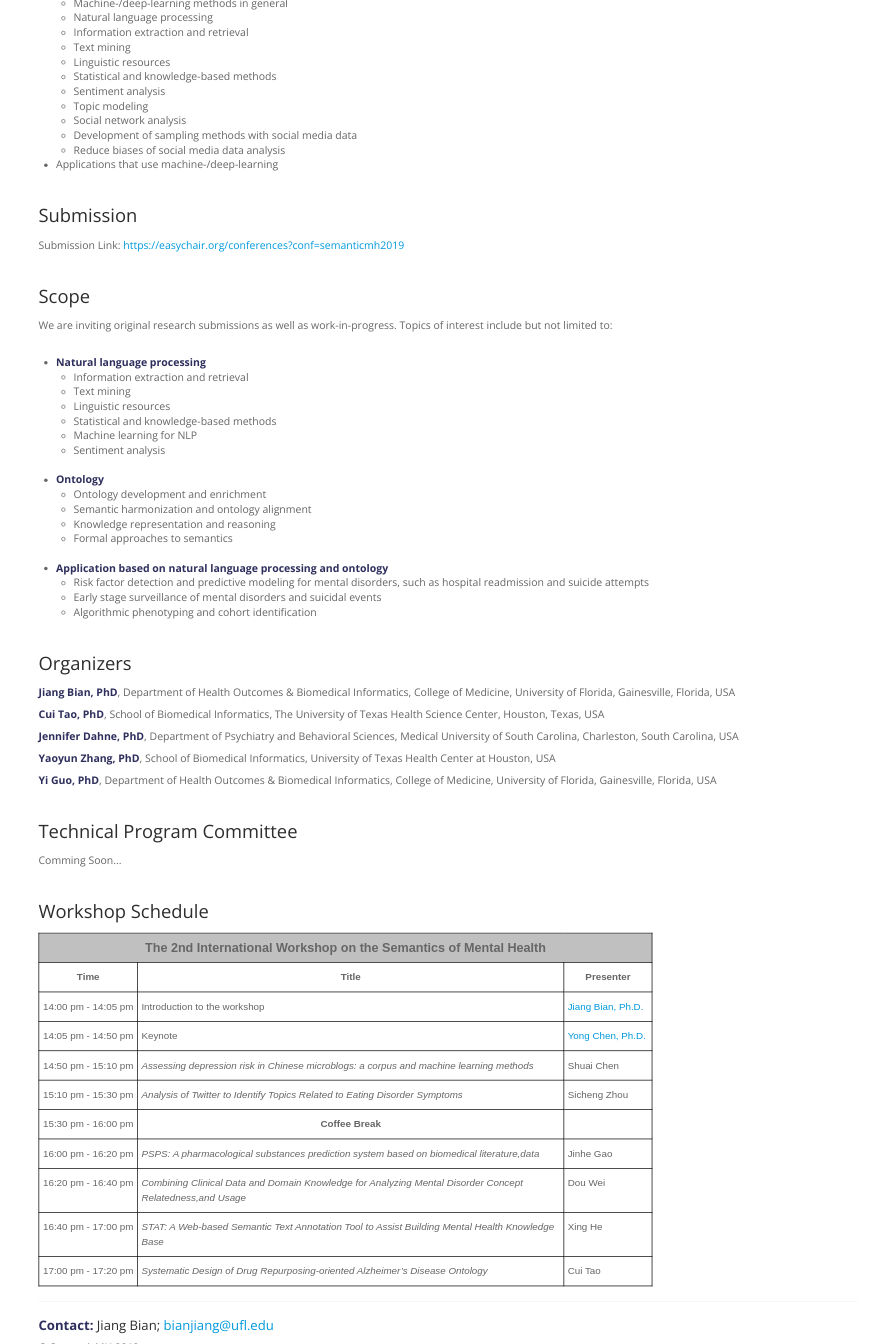
Repository: bianjiang/semantics-powered.org
Page: ISSWHR-2020/index.html
An editor plug-in stored every save of this project. The page is shown before and after the next save, followed by the edit.
The browser window is 1280 px wide. The pictures show the part of the page from y = 931 to 2851 px (the page is 2916 px tall before and 3042 px after), at 70% of full size.
Some web libraries are served in a nearby version.

Above is the page before, as saved 2019-10-26 16:59:17.
Console error (its wording comes from the project's code and is left out).

After the next save:
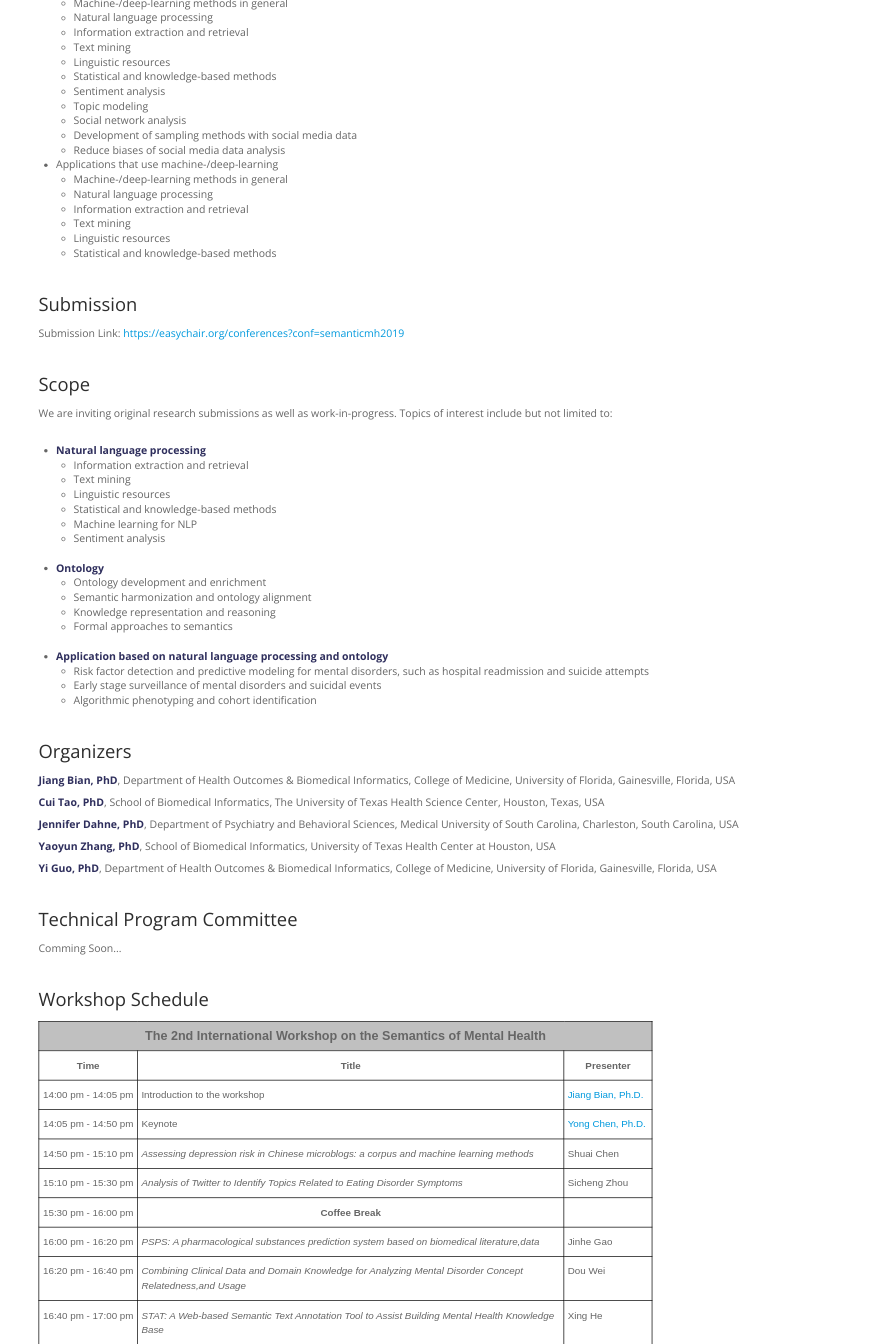
Saved 7 s later.
--- a/ISSWHR-2020/index.html
+++ b/ISSWHR-2020/index.html
@@ -163,7 +163,12 @@
             </li>
             <li>Applications that use machine-/deep-learning
               <ul>
-
+                <li>Machine-/deep-learning methods in general</li>
+                <li>Natural language processing</li>
+                <li>Information extraction and retrieval</li>
+                <li>Text mining</li>
+                <li>Linguistic resources</li>
+                <li>Statistical and knowledge-based methods</li>
               </ul>
             </li>
           </ul>
